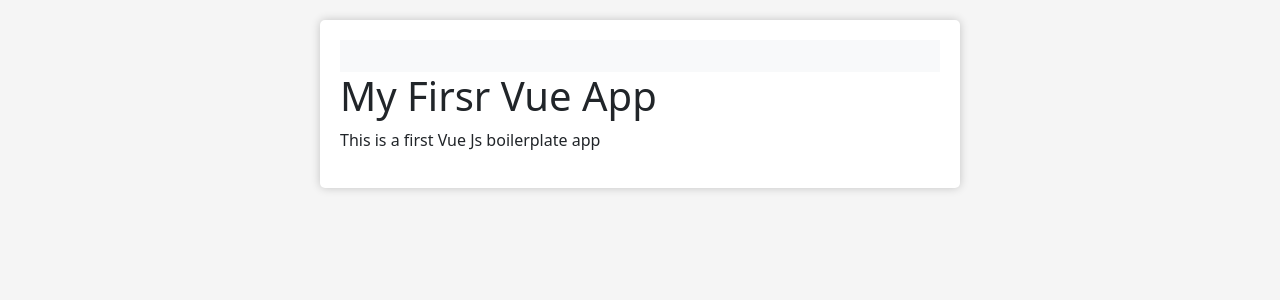
Repository: feyroozecode/intro-vue3-app
Page: index.html
These files come from the project's save history. The page is drawn as it stood at one moment and after the next save; the edit follows.
The browser window is 1280 px wide. The pictures show the whole page.

Above is the page before, as saved 2023-08-13 10:36:44.

After the next save:
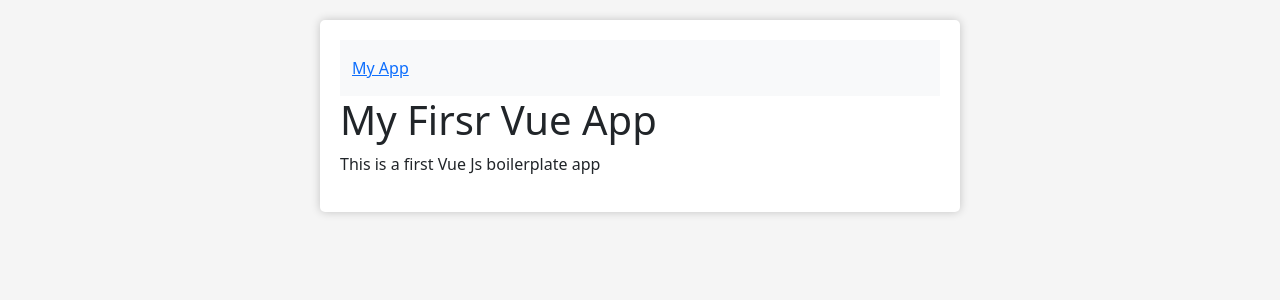
Saved 13 s later.
--- a/index.html
+++ b/index.html
@@ -28,7 +28,7 @@
     <div id="app">
         <nav class="navbar navbar-expand-lg navbar-light bg-light">
             <div class="container-fluid">
-                <a href="#" class="navbar brand"></a>
+                <a href="#" class="navbar brand">My App</a>
             </div>
         </nav>
         <h1> {{ title }} </h1>
